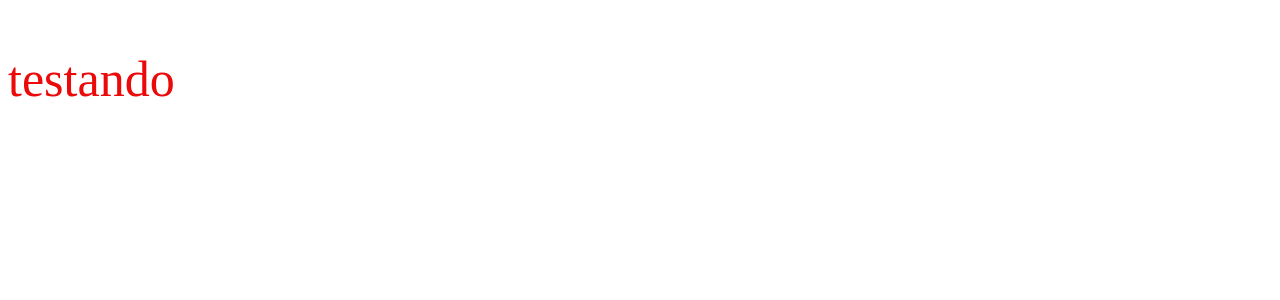
Repository: KevynMarques/Aluracord-React
Page: /
The author's editor kept a copy of each file at every save. The page is drawn from the files as they stood at one save, then again after the next save.
The browser window is 1280 px wide. The pictures show the whole page.
The project was rebuilt for these pictures with package versions that can differ from the ones it lists, and the page was loaded fresh each time. The framework's server and built-in components were replaced by stand-ins that run in the browser. Also part of the build but not shown: next.config.js, styles/Home.module.scss.

Above is the page before, as saved 2022-01-24 17:08:13.

After the next save:
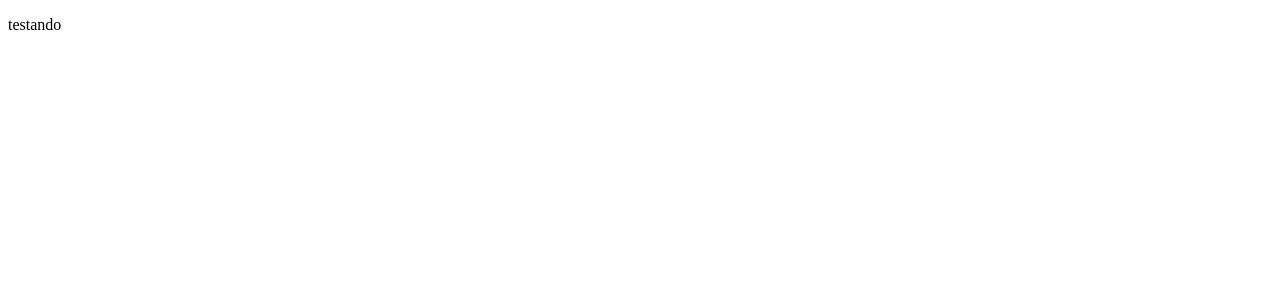
Saved 10 s later.
--- a/pages/index.js
+++ b/pages/index.js
@@ -5,7 +5,7 @@ import styles from '../styles/Home.module.scss'
 export default function Home() {
   return (
    <>
-    <p className='alo'>testando</p>
+    <p>testando</p>
    </>
   )
 }

After the save that followed:
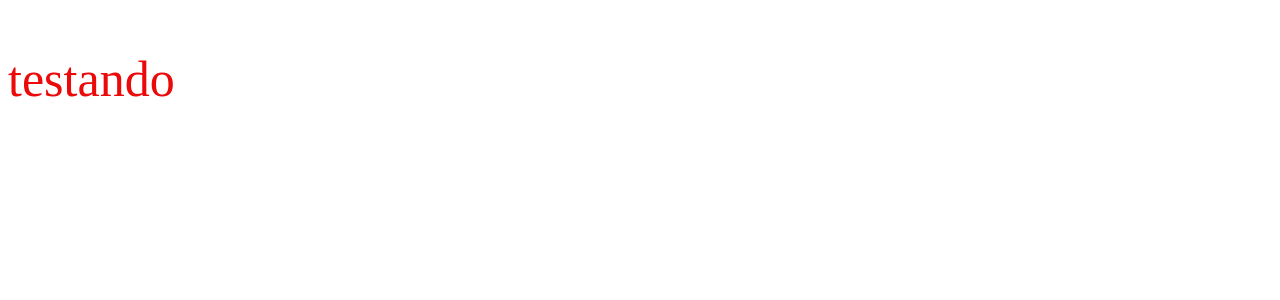
Saved 4 s later.
--- a/styles/globals.scss
+++ b/styles/globals.scss
@@ -1,4 +1,4 @@
-.alo {
+p {
   color: rgb(235, 9, 9);
   font-size: 50px;
 }
